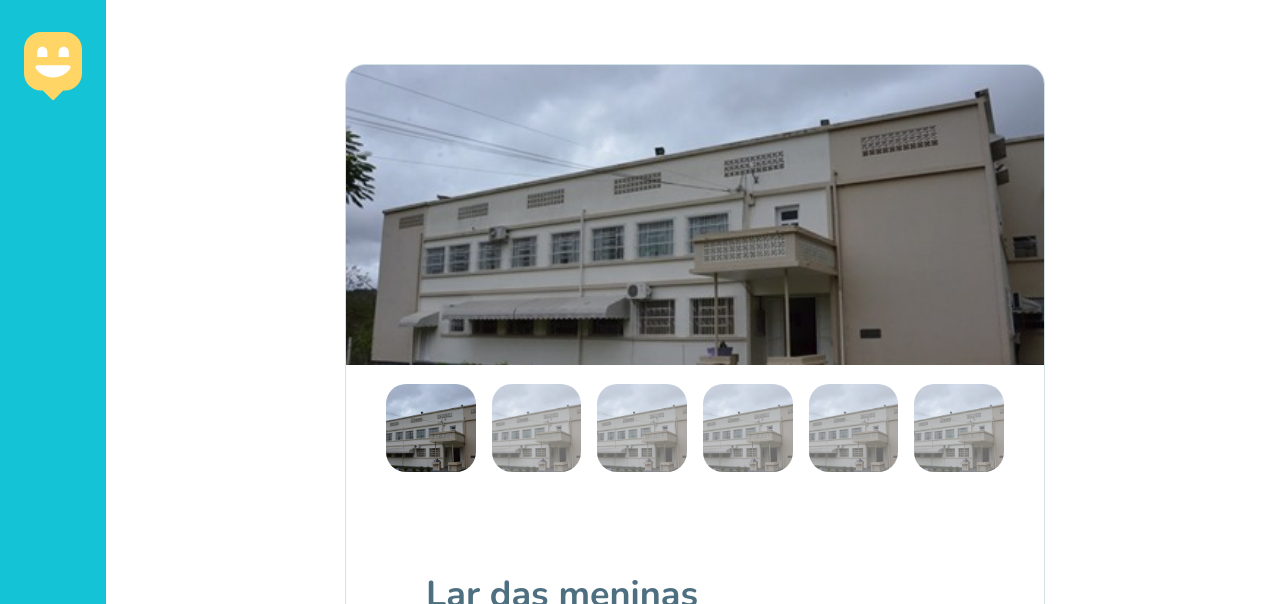
Repository: SrtaPoe/nlw
Page: orphanage.html
An editor plug-in stored every save of this project. The page is shown before and after the next save, followed by the edit.
The browser window is 1280 px wide. The pictures show the part of the page from y = 0 to 604 px (the page is 1765 px tall before and 2019 px after).
Pictures or frames that could not be fetched are drawn as grey boxes. Some web libraries are served in a nearby version.

Above is the page before, as saved 2020-10-17 19:35:41.

After the next save:
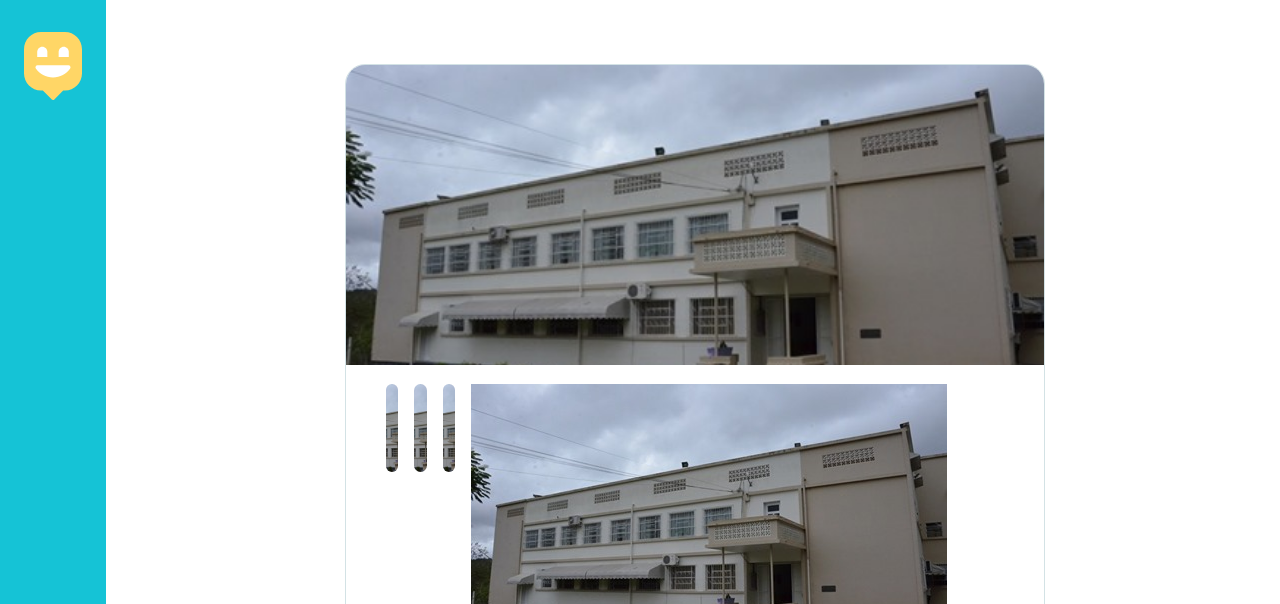
Saved 17 min 7 s later.
--- a/orphanage.html
+++ b/orphanage.html
@@ -38,29 +38,27 @@
           <img src="./public/images/home.jpg" alt="Lar das Meninas">
 
           <div class="images">
-            <button class="active" type="button">
+            <button onclick="selectImage(event)"  class="active" type="button">
+              <img src="./public/images/home.jpg" alt="Lar das Meninas">
+            </button>
+            <button onclick="selectImage(event)"  class="active" type="button">
+              <img src="./public/images/home.jpg" alt="Lar das Meninas">
+            </button>
+
+            <button type="button"onclick="selectImage(event)"  class="active" type="button">
               <img src="./public/images/home.jpg" alt="Lar das Meninas">
             </button>
 
 
-            <button type="button">
+            <buttononclick="selectImage(event)"  class="active" type="button">
               <img src="./public/images/home.jpg" alt="Lar das Meninas">
             </button>
 
-            <button type="button">
+            <button type="button"onclick="selectImage(event)"  class="active" type="button">
               <img src="./public/images/home.jpg" alt="Lar das Meninas">
             </button>
 
-
-            <button type="button">
-              <img src="./public/images/home.jpg" alt="Lar das Meninas">
-            </button>
-
-            <button type="button">
-              <img src="./public/images/home.jpg" alt="Lar das Meninas">
-            </button>
-
-            <button type="button">
+            <button onclick="selectImage(event)"  class="active" type="button">
               <img src="./public/images/home.jpg" alt="Lar das Meninas">
             </button>
 
